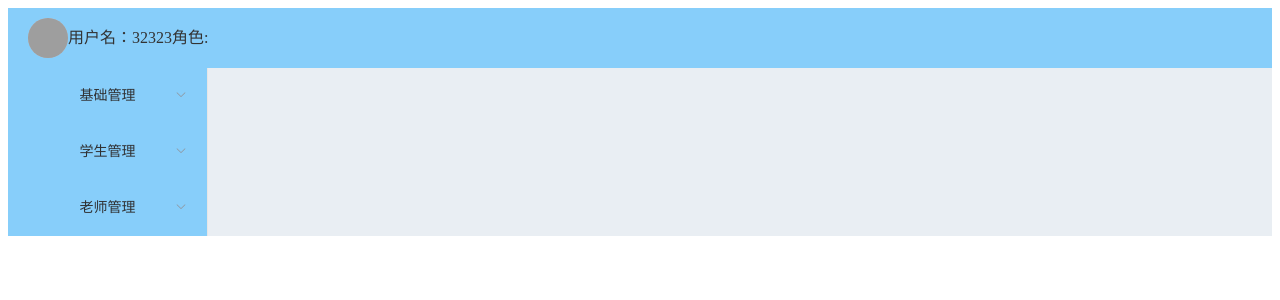
Repository: lwm9704/school-front
Page: /#/home
The author's editor kept a copy of each file at every save. The page is drawn from the files as they stood at one save, then again after the next save.
The browser window is 1280 px wide. The pictures show the whole page.
Pictures or frames that could not be fetched are drawn as grey boxes. The project was rebuilt for these pictures with package versions that can differ from the ones it lists, and the page was loaded fresh each time. Also part of the build but not shown: src/view/login.vue.

Above is the page before, as saved 2021-11-15 15:54:18.

### src/main.js
// The Vue build version to load with the `import` command
// (runtime-only or standalone) has been set in webpack.base.conf with an alias.
import Vue from 'vue'
import App from './App'
import router from './router'
import ElementUI from 'element-ui'
import 'element-ui/lib/theme-chalk/index.css'
import Vuex from 'vuex'

Vue.config.productionTip = false
Vue.use(ElementUI)
Vue.use(Vuex)

/* eslint-disable no-new */
new Vue({
  el: '#app',
  router,
  components: { App },
  template: '<App/>'
})

### src/router/index.js

import Vue from 'vue'
import Router from 'vue-router'
import Login from '@/view/login'
import Home from '../view/home'


Vue.use(Router)

export default new Router({
  routes: [
    {
      path: '/',
      redirect: '/login',
    },
    {
      path: '/login',
      name: 'login',
      component: Login
    },
    {
      path: '/home',
      name: 'home',
      component: Home,
      children: [
        {
          path: '/user',
          name: 'user',
          component: () => import('@/view/user')
        },
        {
          path: '/code',
          name: 'code',
          component: () => import('@/view/code')
        },
        {
          path: '/course',
          name: 'course',
          component: () => import('@/view/course')
        },
        {
          path: '/grade',
          name: 'grade',
          component: () => import('@/view/grade')
        },
        {
          path: '/lecture',
          name: 'lecture',
          component: () => import('@/view/lecture')
        },
        {
          path: '/member',
          name: 'member',
          component: () => import('@/view/member')
        },
        {
          path: '/score',
          name: 'score',
          component: () => import('@/view/score')
        },
        {
          path: '/teaching',
          name: 'teaching',
          component: () => import('@/view/teaching')
        }
      ]
    },

  ]
})

### src/view/home.vue
<template>
  <el-container>
    <el-header>
      <div class="header">
        <myHeader></myHeader>
      </div>
    </el-header>
    <el-container>
      <el-aside width="200px" class="Aside">
        <leftMenu></leftMenu>
      </el-aside>
      <el-container>
        <el-main>
          <router-view></router-view>
        </el-main>
      </el-container>
    </el-container>
  </el-container>
</template>
<script>
import req from "../js/home";
import leftMenu from "../components/leftMenu";
import myHeader from "../components/myHeader";
export default {
  components: {
    leftMenu,
    myHeader,
  },

  methods: {
    // handlerSelect(key, path) {
    //   console.log(key, path);
    //   // console.log(this.$route.path)
    //   if (path !== this.$route.path) {
    //     this.$router.replace({ path: path});
    //     // this.$router.push({path: key, query: {}})
    //   }
    //   // this.$router.push({name: key, params: {}})
    //   console.log(key);
    //   console.log(path);
    // },
    //侧边栏的方法
    handleOpen(key, keyPath) {
      console.log(key, keyPath);
    },
    handleClose(key, keyPath) {
      console.log(key, keyPath);
    },
  },
  mounted() {},
};
</script>
<style lang="scss" scoped>
.el-header,
.el-footer {
  background-color: #87CEFA;
  color: #333;
  text-align: center;
  line-height: 60px;
}

.el-aside {
  background-color: #87CEFA;
  color: #333;
  text-align: center;
  line-height: 200px;
}

.el-main {
  background-color: #e9eef3;
  color: #333;
  text-align: center;
  line-height: 160px;
}

body > .el-container {
  margin-bottom: 40px;
}
</style>

### src/js/home.js
import req from "../fect/rquestConfig";

const config = {
    getUserInfo: {
        url: '/user/selectOfCondition',
        method: 'get'
    },
}
const request = function (funcName, requestParam) {
    return req(config[funcName].url, config[funcName].method, requestParam, {}, config[funcName].fileConfig)
}
export default request

### src/components/leftMenu.vue
<template>
  <div>
    <el-menu
      class="el-menu-vertical-demo"
      :default-active="this.$router.path"
      router
      background-color="#87CEFA"
      @open="handleOpen"
      @close="handleClose"
    >
      <el-submenu
        v-for="(item, index) in menuList"
        :index="index + ''"
        :key="item.labe"
      >
        <template slot="title">{{ item.labe }}</template>
        <div v-if="item.children">
          <el-menu-item
            v-for="items in item.children"
            :index="items.path"
            :key="items.path"
          >
            <template slot="title">
              {{ items.labe }}
            </template>
          </el-menu-item>
        </div>
      </el-submenu>
    </el-menu>
  </div>
</template>

<script>
// import router from 'vue-router'
export default {
  name: "leftMenu",
  props: [],
  data() {
    return {
      menuList: [
        {
          index: "1",
          labe: "基础管理",
          children: [
            {
              index: "1 - 1",
              labe: "编码管理",
              path: "/code",
            },
            {
              index: "1 - 2",
              labe: "用户管理",
              path: "/user",
            },
            {
              index: "1 - 3",
              labe: "班级管理",
              path: "/grade",
            },
            {
              index: "1 - 4",
              labe: "课程管理",
              path: "/course",
            },
          ],
        },
        {
          index: "2",
          labe: "学生管理",
          children: [
            {
              index: "2 - 1",
              labe: "学生家庭成员管理",
              path: "/member",
            },
            {
              index: "2 - 2",
              labe: "考试成绩管理",
              path: "/score",
            },
          ],
        },
        {
          index: "3",
          labe: "老师管理",
          children: [
            {
              index: "3 - 1",
              labe: "教学管理",
              path: "/teaching",
            },
            {
              index: "3 - 2",
              labe: "授课管理",
              path: "/lecture",
            },
          ],
        },
      ],
    };
  },
  methods: {
    // handlerSelect(key, path) {
    // console.log(key,path)
    // if (path !== this.$route.path) {
    //   this.$router.replace({path:'path'});
    //   // this.$router.push({path: key, query: {}})
    // }
    // // this.$router.push({name: key, params: {}})
    // console.log(key);
    // console.log(path);
    // this.$emit('select', key,path);
    // },
    handleOpen(key, keyPath) {
      console.log(key, keyPath);
    },
    handleClose(key, keyPath) {
      console.log(key, keyPath);
    },
  },
};
</script>

<!-- Add "scoped" attribute to limit CSS to this component only -->
<style scoped>
</style>

### src/components/myHeader.vue
<template>
  <div class="myHeader">
    <div class="userInfo">
      <div class="avatar">
        <el-avatar
          src="https://cube.elemecdn.com/0/88/03b0d39583f48206768a7534e55bcpng.png"
        ></el-avatar>
      </div>
      <div class="charInfo">
        <span>用户名：{{userInfo.account}}</span>
        <span>角色:{{userInfo.role}}</span>
      </div>
    </div>
  </div>
</template>
<script>
export default {
  name: "myHeader",
  props: [],
  data() {
    return {
      userInfo: {
        userId: "3232",
        account: "32323",
        role: "",
      },
    };
  },
  methods: {
    getUserInfo() {},
  },
  mounted() {
    this.getUserInfo();
  },
};
</script>
<style lang="scss" scoped>
.myHeader{
  background-color:#87CEFA;
}
.userInfo {
    display: flex;
    flex-direction: row;
    .avatar{
      padding-top: 10px;
    }
}
</style>

### src/fect/rquestConfig.js
import axios from 'axios'
import { throwErr } from './throwErr'

// const urlHead = 'http://305o99f251.wicp.vip'
const urlHead = 'http://localhost:9000'
const qs = require('qs')

/**
 *
 * @param {String} url 请求路径
 * @param {String} method 请求方法
 * @param {Object} params 请求参数
 * @param {Object} requestHeader 请求头
 * @param {Object} fileConfig ---> {type, fileName} 导出配置 ---> 导出类型, 文件名称
 */
const req = function (url, method, params, requestHeader, fileConfig = {}) {
    let instance = axios.create({
        baseURL: urlHead,
        timeout: 60000
    })

    // 添加请求拦截器
    instance.interceptors.request.use(config => {
        return config
    }, error => {
        return Promise.reject(error)
    })

    let requestConfig = {
        url: url,
        method: method,
        //将header、params、token复制到目标
        params: Object.assign({}, params, { access_token: JSON.parse(sessionStorage.getItem('userInfo')).access_token }),
        data: qs.stringify(Object.assign({}, params, { access_token: JSON.parse(sessionStorage.getItem('userInfo')).access_token })),
        headers: {},
        responseType: fileConfig.type === 'file' ? 'blob' : ''
    }

    let getReg = /get|GET/
    let postReg = /post|POST/

    let fileData = {}

    let timer = null

    // 请求类型为导出时，添加vuex状态管理，定时修改vuex对应记录，请求完成或者请求报错时，停止定时器
    if (fileConfig.type === 'file') {
        fileData = {
            fileId: new Date().getTime(),
            fileName: fileConfig.fileName,
            fileLoadTime: 0,
            fileStatus: 'downloading',
            errorInfo: '',
            fileUrl: null
        }

    }

    if (getReg.test(requestConfig.method)) {
        delete requestConfig.data
        requestConfig.headers['Content-Type'] = 'application/json'
    } else if (postReg.test(requestConfig.method)) {
        delete requestConfig.params
        requestConfig.headers['Content-Type'] = 'application/x-www-form-urlencoded'
    }

    // 添加响应拦截器
    instance.interceptors.response.use(response => {
        clearInterval(timer)
        timer = null

        if (response.status === 200) {
            if (fileConfig.type === 'file') {
                fileData.fileStatus = 'success'
                fileData.fileUrl = window.URL.createObjectURL(new Blob([response.data]))
                // store.commit('changeExportFileList', fileData)
            }

            return response.data
        } else {
            if (fileConfig.type === 'file') {
                fileData.fileStatus = 'error'
                // store.commit('changeExportFileList', fileData)
            }

            throw new Error(throwErr(response))
        }
    }, error => {
        clearInterval(timer)
        timer = null

        if (fileConfig.type === 'file') {
            fileData.fileStatus = 'error'
            // store.commit('changeExportFileList', fileData)
        }

        return Promise.reject(error)
    })

    return instance(requestConfig)
}

export default req

### src/fect/throwErr.js
// axios错误信息匹配
export const throwErr = (response) => {
    let message = '请求错误'
    switch (response.status) {
        case 400:
            message = '请求错误'
            break
        case 401:
            message = '未授权，请登录'
            break
        case 403:
            message = '拒绝访问'
            break
        case 404:
            message = `请求地址出错: ${response.config.url}`
            break
        case 408:
            message = '请求超时'
            break
        case 500:
            message = '服务器内部错误'
            break
        case 501:
            message = '服务未实现'
            break
        case 502:
            message = '网关错误'
            break
        case 503:
            message = '服务不可用'
            break
        case 504:
            message = '网关超时'
            break
        case 505:
            message = 'HTTP版本不受支持'
            break
        default:
    }
    return '错误码:' + response.status + ' ' + '错误信息:' + message
}

Loaded but not shown: index.html (common file); src/App.vue (common file)

After the next save:
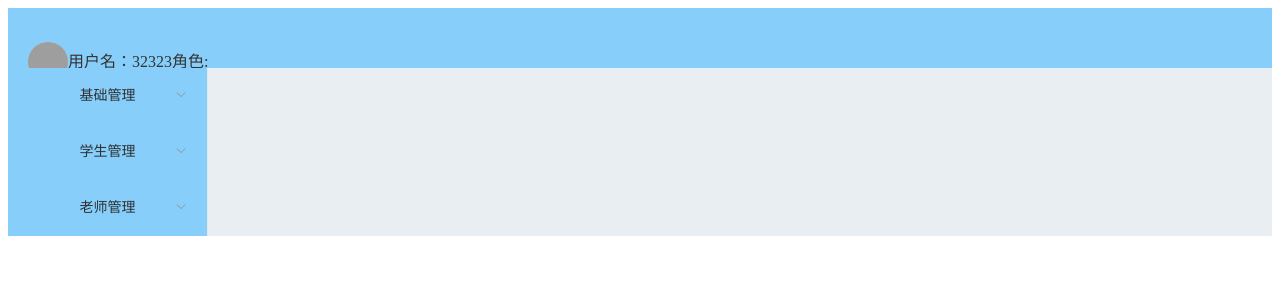
Saved 23 s later.
--- a/src/components/myHeader.vue
+++ b/src/components/myHeader.vue
@@ -37,6 +37,7 @@ export default {
 <style lang="scss" scoped>
 .myHeader{
   background-color:#87CEFA;
+  padding-top: 2%;
 }
 .userInfo {
     display: flex;
